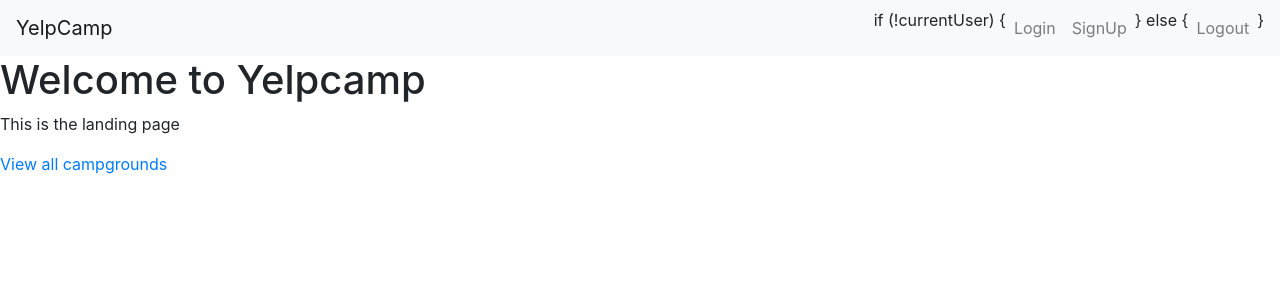
Repository: ninad1999/Yelp-Camp
Page: http://localhost/
The author's editor kept a record of every edit. The page is drawn from the files as they stood at one moment, then again after a run of edits.
The browser window is 1280 px wide. The pictures show the whole page.
The page is served by the project's Node server (V6/app.js).

Above is the page before.

After the next 3 edits:
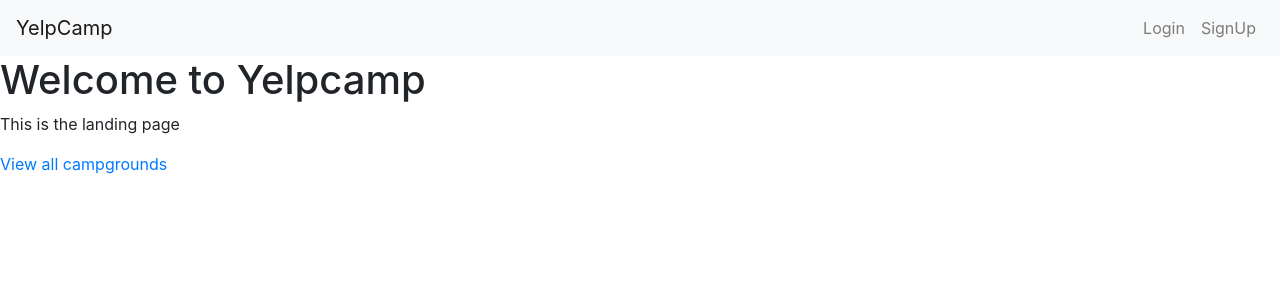
The 3 edits are shown as one change because 2 did not build or start.
The edit:
--- a/workspace/V6/views/partials/header.ejs
+++ b/workspace/V6/views/partials/header.ejs
@@ -16,18 +16,18 @@
             <ul class="navbar-nav mr-auto">
             </ul>
             <ul class="navbar-nav navbar-right">
-                if (!currentUser) {
+                <% if (!currentUser) { %>
                     <li class="nav-item">
                         <a class="nav-link" href="/login">Login</a>
                     </li>
                     <li class="nav-item">
                         <a class="nav-link" href="/register">SignUp</a>
                     </li>
-                } else {
+                <% } else { %>
                     <li class="nav-item">
                         <a class="nav-link" href="/logout">Logout</a>
                     </li>
-                }
+                <% } %>
             </ul>
           </div>
         </nav>
